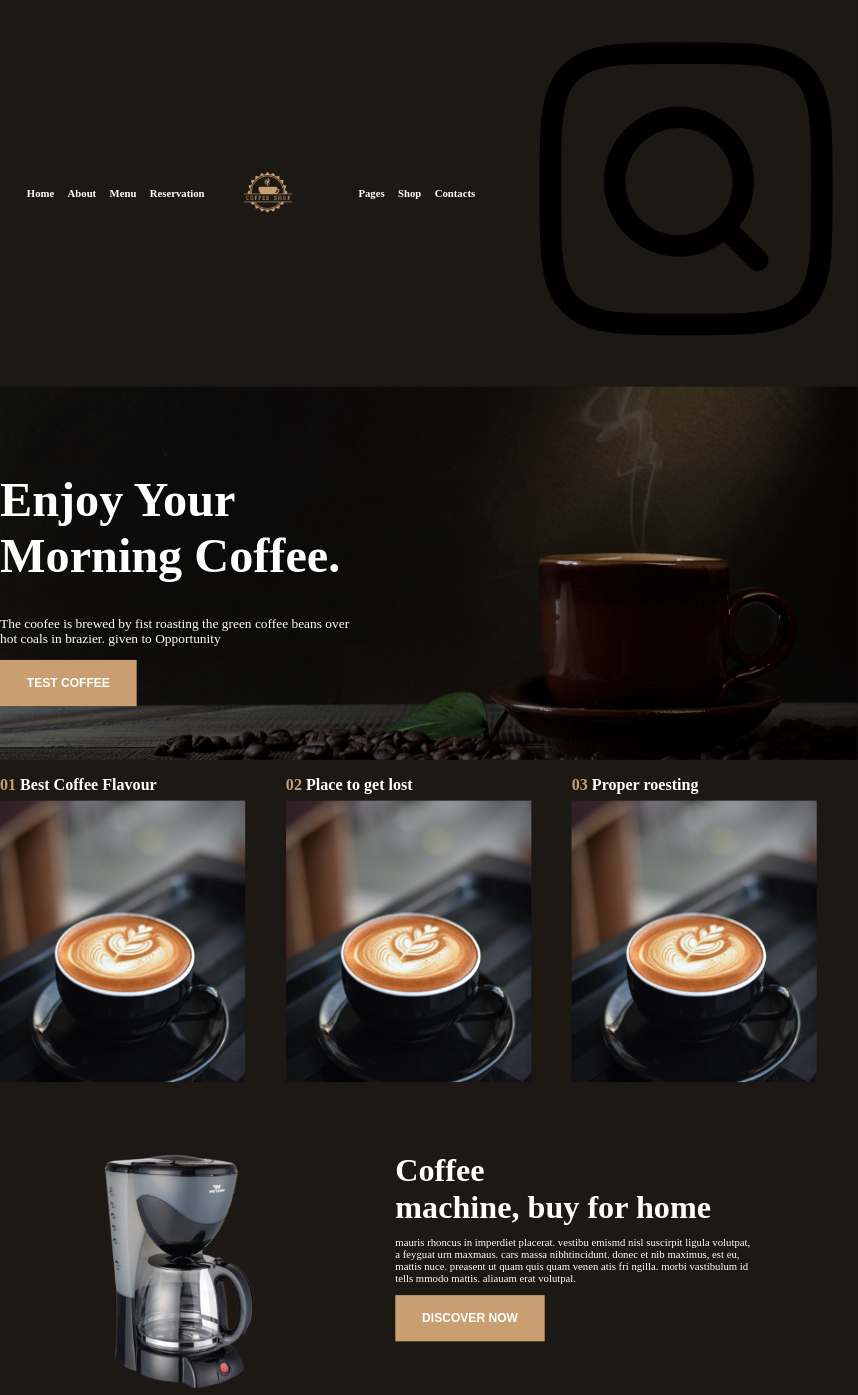
Repository: SitoraRashidova/CoffeShop_Figma
Page: /
An editor plug-in stored every save of this project. The page is shown before and after the next save, followed by the edit.
The browser window is 1280 px wide. The pictures show the whole page, at 67% of full size.
The project was rebuilt for these pictures with package versions that can differ from the ones it lists, and the page was loaded fresh each time. Also part of the build but not shown: vite.config.js.

Above is the page before, as saved 2024-11-25 00:04:37.

After the next save:
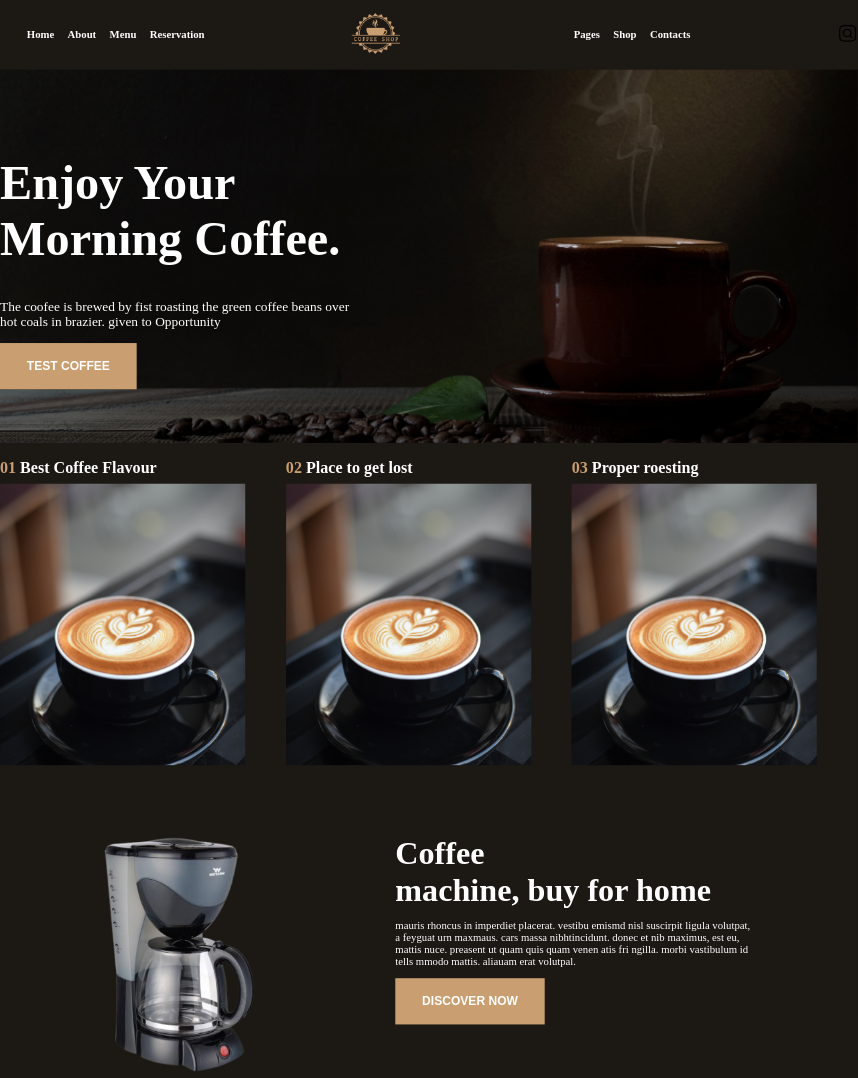
Saved 15 s later.
--- a/src/index.css
+++ b/src/index.css
@@ -59,7 +59,7 @@ body{
   font-weight: 600;
 }
 
-.searcg-box__logo{
+.search-box__logo{
   width: 30px;
   height: 30px;
 }
